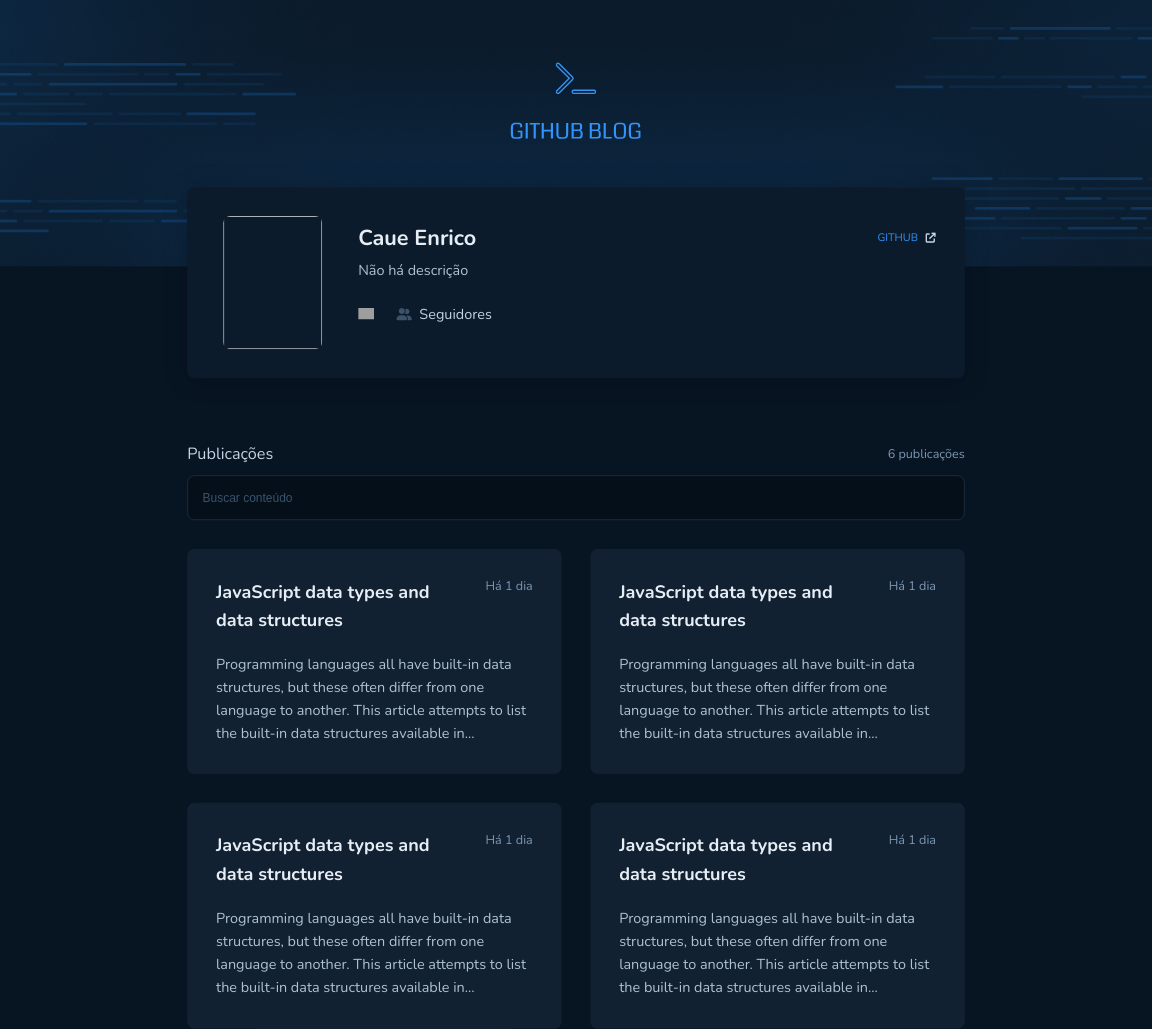
Repository: caueenrico/GitBlog
Page: /
An editor plug-in stored every save of this project. The page is shown before and after a run of saves, followed by the edit.
The browser window is 1280 px wide. The pictures show the whole page, at 90% of full size.
Pictures or frames that could not be fetched are drawn as grey boxes. The page's requests for data from a server got no answer. The project was rebuilt for these pictures with package versions that can differ from the ones it lists, and the page was loaded fresh each time. No one was signed in, and anything a server would have sent is missing. Also part of the build but not shown: vite.config.ts.

Above is the page before, as saved 2022-10-24 12:09:42.

After the next 2 saves:
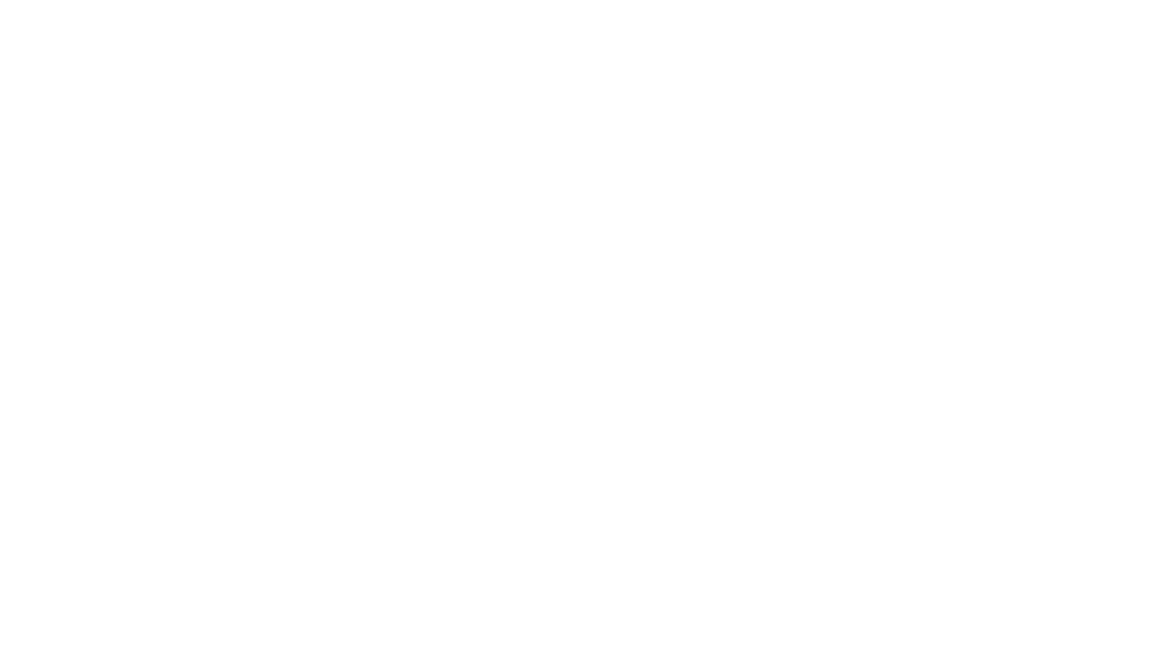
Console error: ReferenceError: useState is not defined
The 2 saves are shown as one change because they came seconds apart.
The last was saved 11 s later.
--- a/src/pages/Home/components/Posts/index.tsx
+++ b/src/pages/Home/components/Posts/index.tsx
@@ -9,7 +9,7 @@
 
 
 export function Posts() {
-
+  const [posts, setPosts] = useState<PostsProps[]>([]);
 
   return (
     <PostsContainer href="#">

After the save that followed:
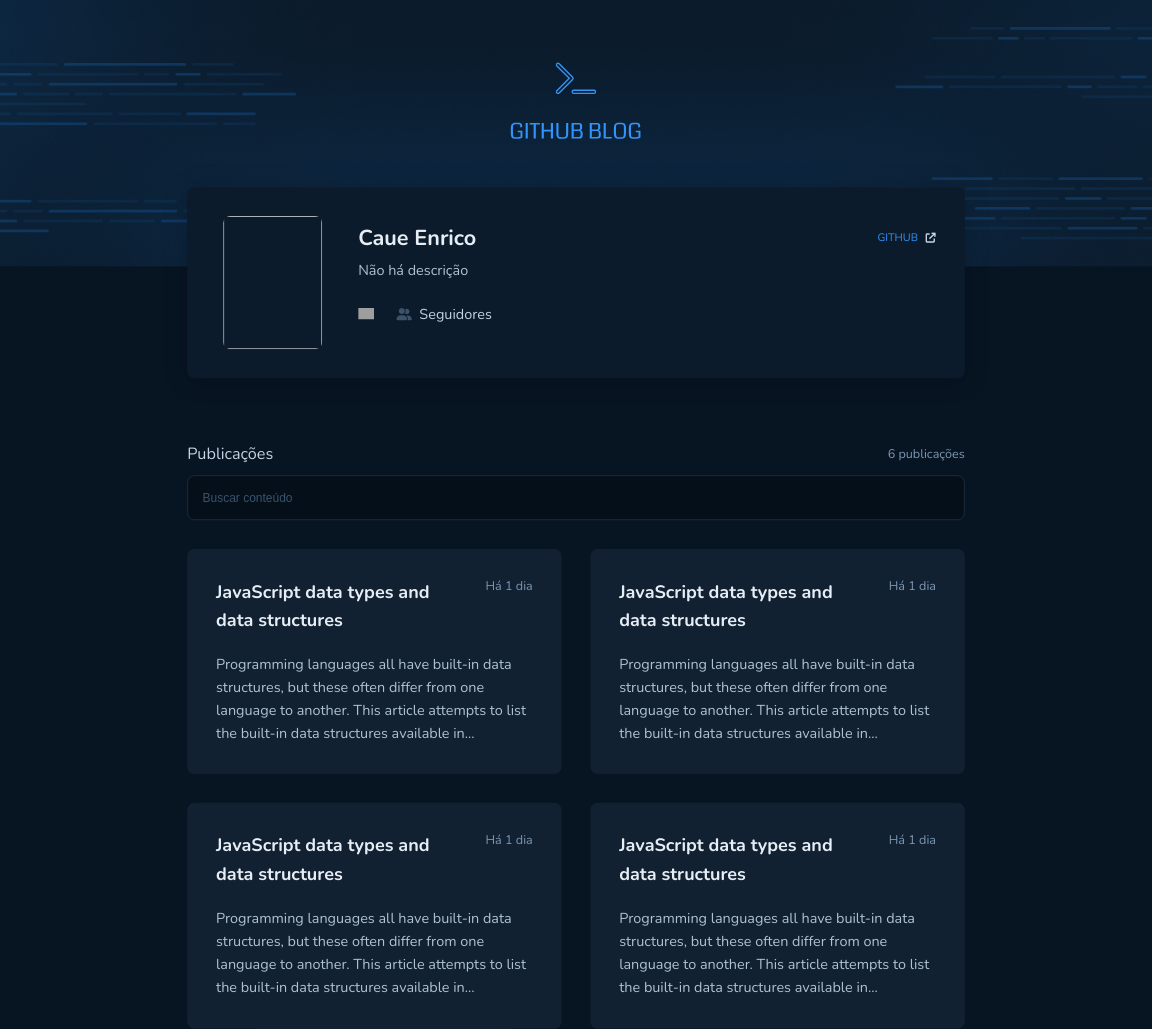
The error is gone.
Saved 6 s later.
--- a/src/pages/Home/components/Posts/index.tsx
+++ b/src/pages/Home/components/Posts/index.tsx
@@ -1,3 +1,4 @@
+import { useState } from "react";
 import { PostsContainer } from "./styles";
 
 // interface PostsProps {
